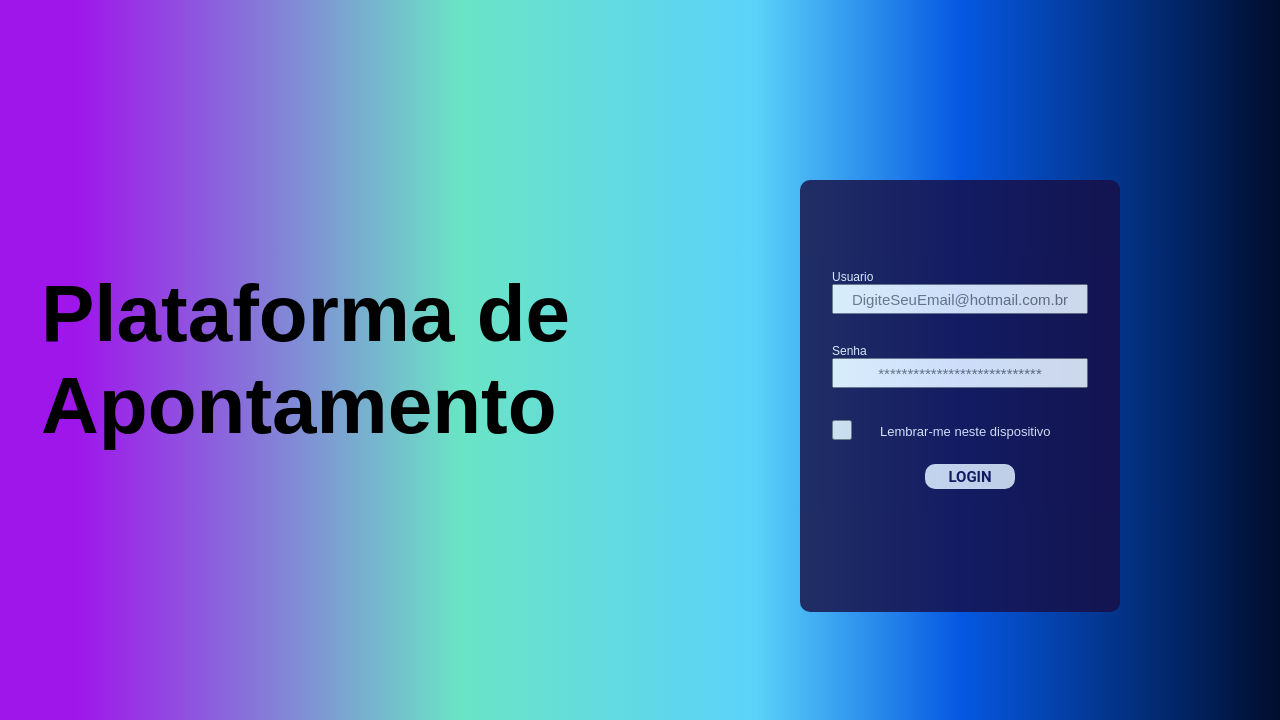
Repository: KevynMarques/Estudos-Reactjs-Firebase
Page: /
These files come from the project's save history. The page is drawn as it stood at one moment and after the next save; the edit follows.
The browser window is 1280 px wide. The pictures show the whole page.
The page's requests for data from a server got no answer. The project was rebuilt for these pictures with package versions that can differ from the ones it lists, and the page was loaded fresh each time. No one was signed in, and anything a server would have sent is missing. Also part of the build but not shown: src/Pages/Page2.jsx.

Above is the page before, as saved 2022-08-23 14:53:50.

After the next save:
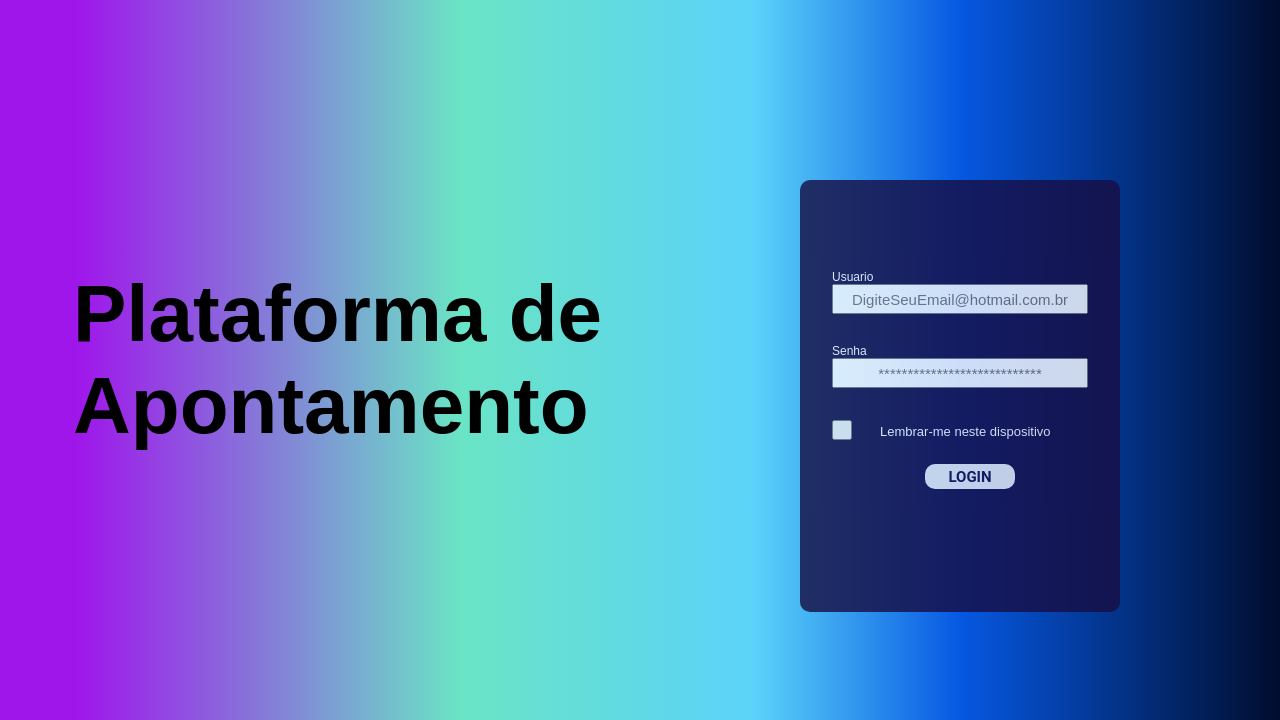
Saved 21 s later.
--- a/src/Components/Login/style.jsx
+++ b/src/Components/Login/style.jsx
@@ -12,7 +12,7 @@ height: 100vh;
 
 export const TextTittle = styled.h1`
 position: absolute;
-margin-left: -35vw;
+margin-left: -30vw;
 font-family: Arial, Helvetica, sans-serif;
 max-width: 750px;
 font-size: 80px;
